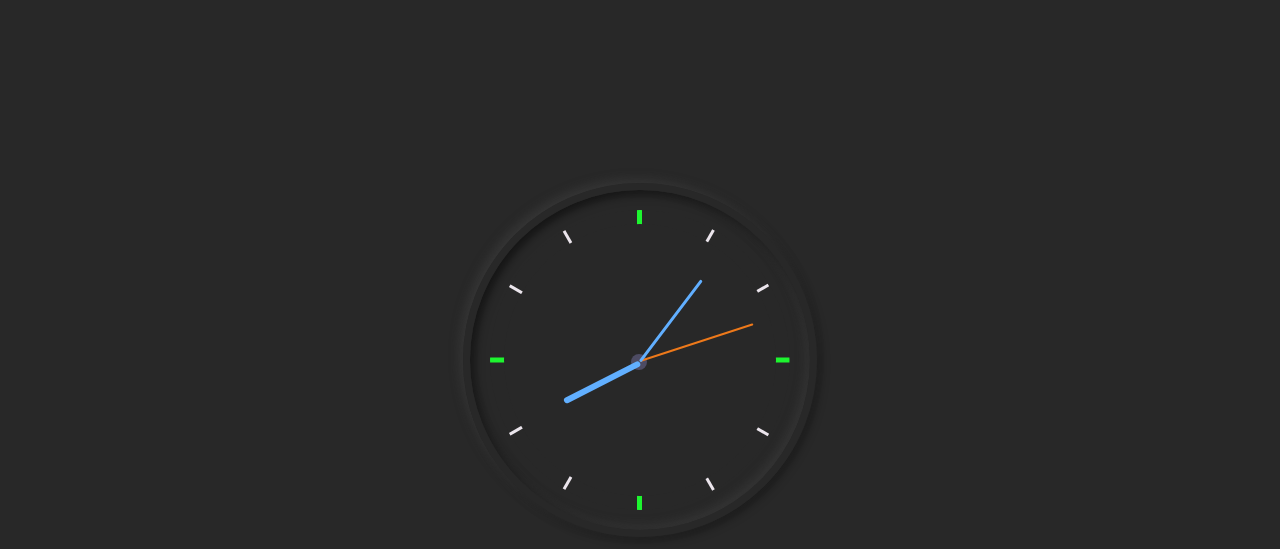
Repository: sunlianglife/code-analysis
Page: css动画/简易时钟/index.html
These files come from the project's save history. The page is drawn as it stood at one moment and after the next save; the edit follows.
The browser window is 1280 px wide. The pictures show the whole page.

Above is the page before, as saved 2021-08-19 16:21:45.

After the next save:
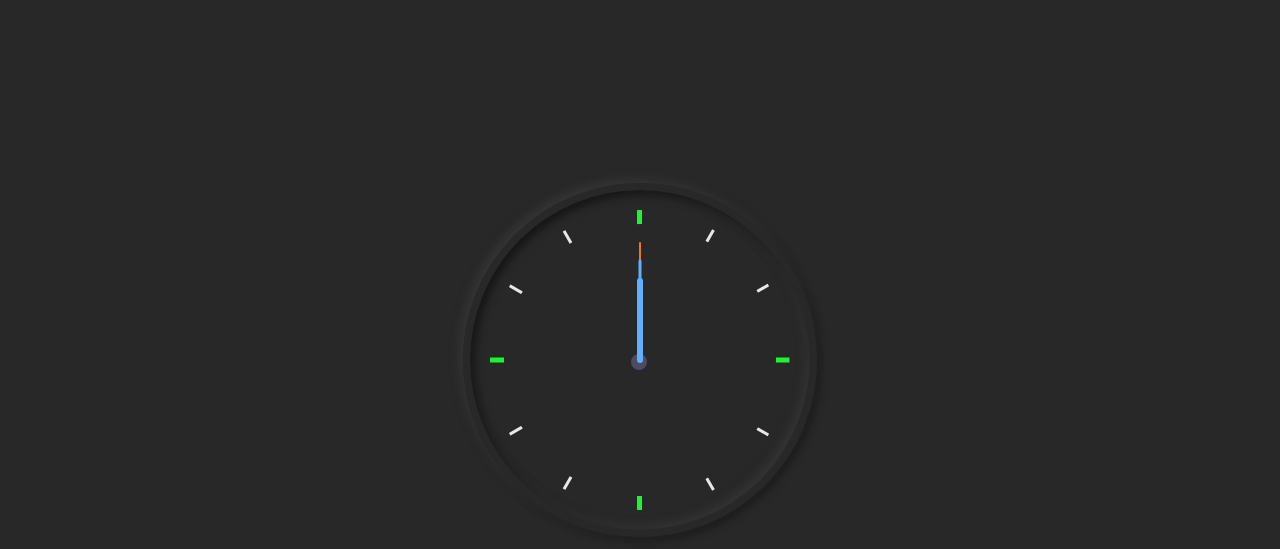
Console error: TypeError: Cannot read properties of null (reading 'style')
Saved 45 s later.
--- a/css动画/简易时钟/index.html
+++ b/css动画/简易时钟/index.html
@@ -6,7 +6,7 @@
   <meta name="viewport" content="width=device-width, initial-scale=1.0">
   <title>Document</title>
   <link rel="stylesheet" type="text/css" href="./index.css">
-  <!-- <script src="./index.js" type="text/javascript"></script> -->
+  <script src="./index.js" type="text/javascript"></script>
 </head>
 
 <body>
@@ -23,7 +23,7 @@
     <div class="hand min-hand"></div>
     <div class="hand second-hand"></div>
   </div>
-  <script>
+  <!-- <script>
     const secondHand = document.querySelector('.second-hand');
     const minsHand = document.querySelector('.min-hand');
     const hourHand = document.querySelector('.hour-hand');
@@ -47,7 +47,7 @@
 
     setDate();
 
-  </script>
+  </script> -->
 </body>
 
 </html>

After the 4 saves that followed:
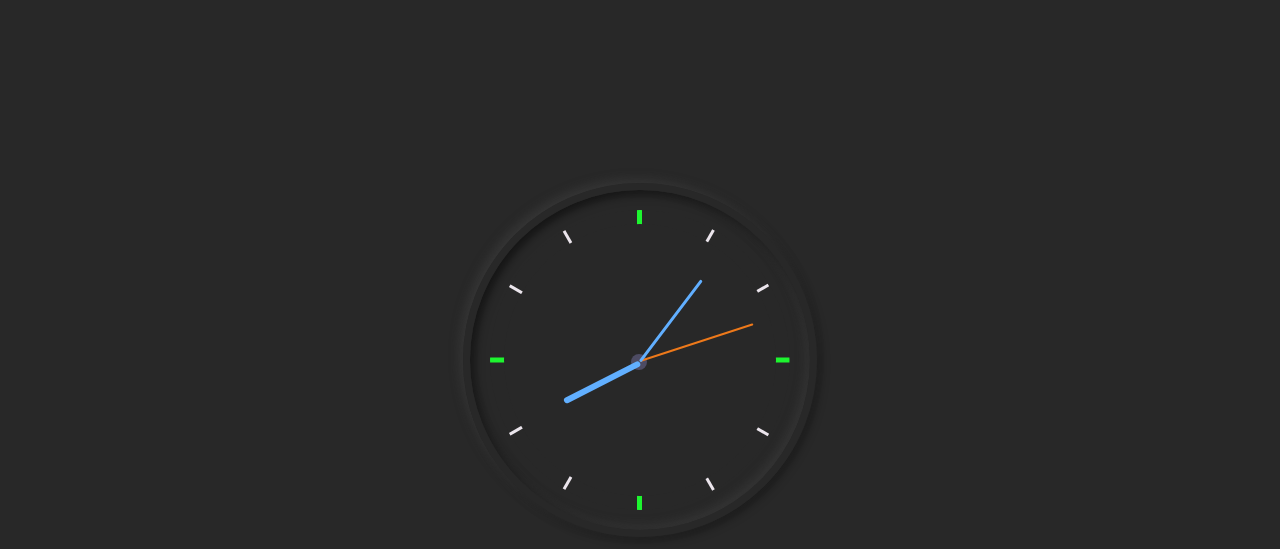
The error is gone.
The 4 saves are shown as one change because 3 left the picture as it was.
The last was saved 5 min 51 s later.
--- a/css动画/简易时钟/index.js
+++ b/css动画/简易时钟/index.js
@@ -1,23 +1,23 @@
-const secondHand = document.querySelector('.second-hand');
-const minsHand = document.querySelector('.min-hand');
-const hourHand = document.querySelector('.hour-hand');
-debugger
-function setDate() {
-  const now = new Date();
 
-  const seconds = now.getSeconds(); // second hand rotation
-  const secondsDegrees = ((seconds / 60) * 360) + 90;
-  secondHand.style.transform = `rotate(${secondsDegrees}deg)`;
+window.onload = function(){
+  const secondHand = document.querySelector('.second-hand');
+  const minsHand = document.querySelector('.min-hand');
+  const hourHand = document.querySelector('.hour-hand');
+  function setDate() {
+    const now = new Date();
 
-  const mins = now.getMinutes(); // minutes hand rotation
-  const minsDegrees = ((mins / 60) * 360) + ((seconds / 60) * 6) + 90;
-  minsHand.style.transform = `rotate(${minsDegrees}deg)`;
+    const seconds = now.getSeconds(); // second hand rotation
+    const secondsDegrees = ((seconds / 60) * 360) + 90;
+    secondHand.style.transform = `rotate(${secondsDegrees}deg)`;
 
-  const hour = now.getHours(); // Hours hand rotation
-  const hourDegrees = ((hour / 12) * 360) + ((mins / 60) * 30) + 90;
-  hourHand.style.transform = `rotate(${hourDegrees}deg)`;
+    const mins = now.getMinutes(); // minutes hand rotation
+    const minsDegrees = ((mins / 60) * 360) + ((seconds / 60) * 6) + 90;
+    minsHand.style.transform = `rotate(${minsDegrees}deg)`;
+
+    const hour = now.getHours(); // Hours hand rotation
+    const hourDegrees = ((hour / 12) * 360) + ((mins / 60) * 30) + 90;
+    hourHand.style.transform = `rotate(${hourDegrees}deg)`;
+  }
+  setInterval(setDate, 1000);
+  setDate()
 }
-
-setInterval(setDate, 1000);
-
-setDate();
